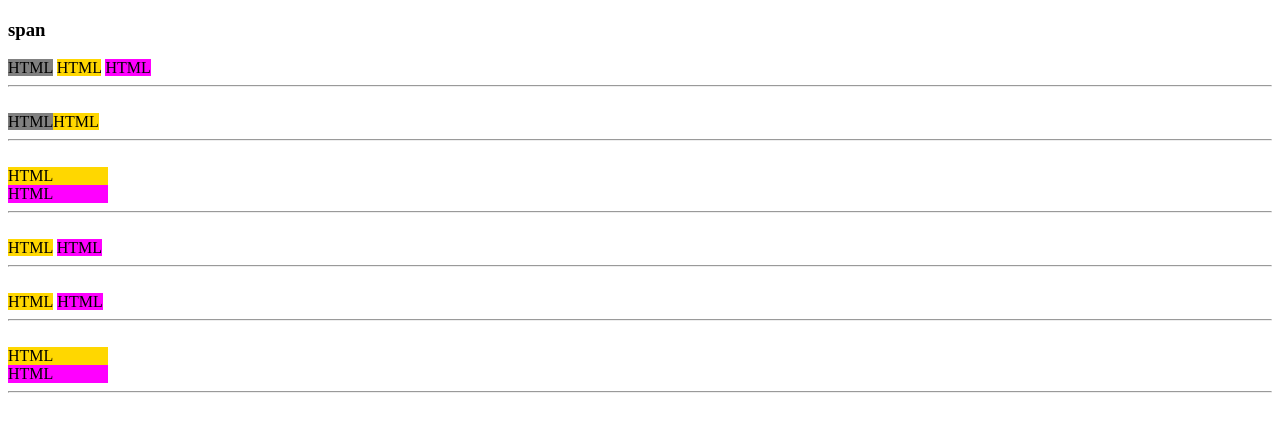
Repository: marudaga/html-css-lecture
Page: work/study/src/main/webapp/htmlEx/ch03/ex08.html
The author's editor kept a copy of each file at every save. The page is drawn from the files as they stood at one save, then again after the next save.
The browser window is 1280 px wide. The pictures show the whole page.

Above is the page before, as saved 2022-09-07 00:45:27.

After the next save:
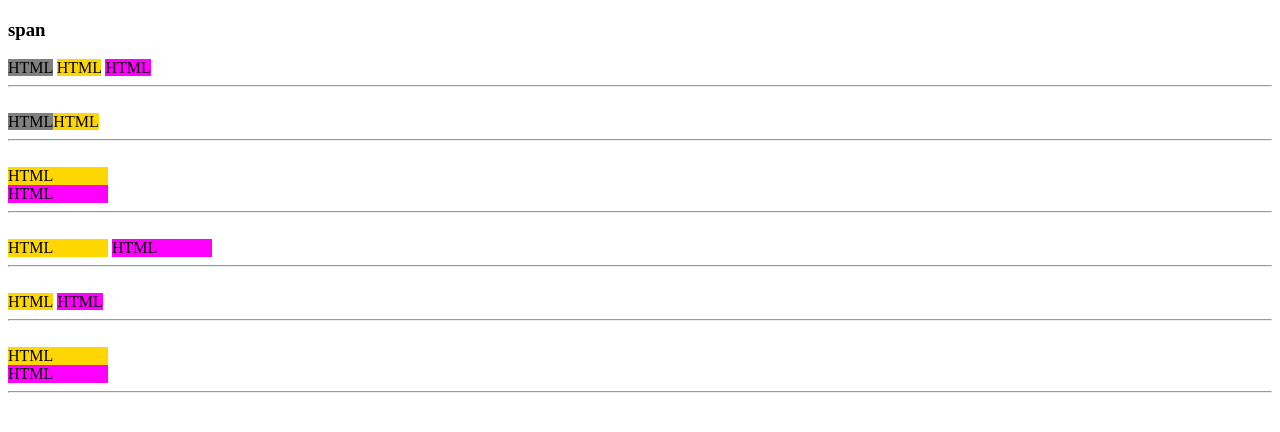
Saved 17 s later.
--- a/work/study/src/main/webapp/htmlEx/ch03/ex08.html
+++ b/work/study/src/main/webapp/htmlEx/ch03/ex08.html
@@ -22,8 +22,8 @@
 <hr><br>
 
 <!--  인라인 태그를 인라인 블록으로태그로 -->
-<span style="background: gold; display: inlne-block;width:100px;">HTML</span>
-<span style="background: fuchsia; display: inlne-block; width: 100px;">HTML</span>
+<span style="background: gold; display: inline-block;width:100px;">HTML</span>
+<span style="background: fuchsia; display: inline-block; width: 100px;">HTML</span>
 <hr><br>
 
 <!--  블록 태그를 인라인 태그로 -->
